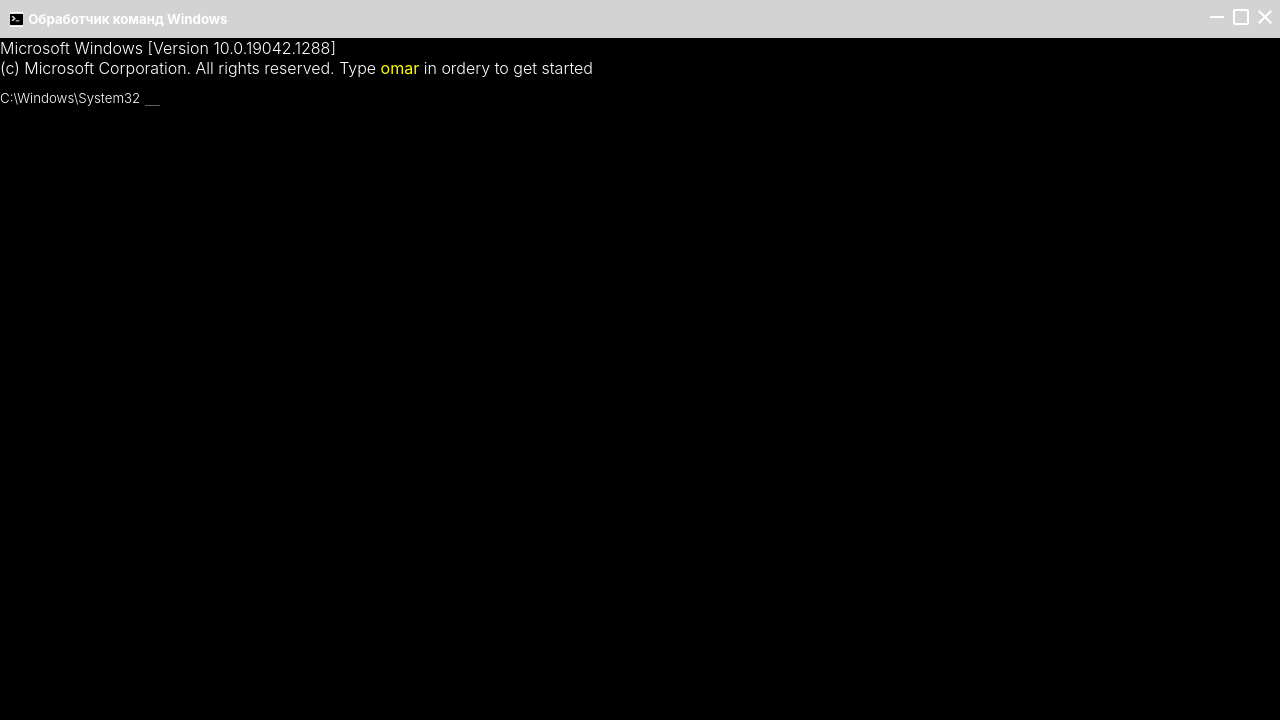
Repository: om1ars/cmd-port
Page: /
These files come from the project's save history. The page is drawn as it stood at one moment and after a run of saves; the edit follows.
The browser window is 1280 px wide. The pictures show the whole page.
The project was rebuilt for these pictures with package versions that can differ from the ones it lists, and the page was loaded fresh each time.

Above is the page before, as saved 2021-11-04 16:49:29.

### src/App.js
import { Close, CropSquare, Fastfood, Remove } from "@material-ui/icons";
import { useState } from "react";
import cmd from "./assets/cdm3.png";
import { Footer } from "./Footer";
import "./styles.css";

function App() {
  const [state, setState] = useState("");
  const [stateSecond, setStateSecond] = useState("");
  const [omar, setOmar] = useState("");
  const [please, setPlease] = useState("");
  const [port, setPort] = useState("");
  const [about, setAbout] = useState("");
  const [exit, setExit] = useState("");
  const [shrink, setShrink] = useState(false);
  const [closeIcon, setCloseIcon] = useState(false);

  console.log(state);

  const handleSubmit = (e) => {
    e.preventDefault();
    setState("");
  };

  const handleSubmitSecond = (e) => {
    e.preventDefault();
    setStateSecond("");
  };

  const handleClick = () => {
    if (state === "omar") {
      setOmar("omar");
      setPlease("");
    } else if (state === "") {
      setPlease("Please type something otherwise you can not see anything");
      setOmar("");
    }
  };
  const handleClickSecond = () => {
    if (stateSecond === "exit") {
      setExit("exited");
      setAbout("");
      setPort("");
    } else if (stateSecond === "port") {
      setPort("port");
      setAbout("");
      setExit("");
    } else if (stateSecond === "about") {
      setPort("about");
      setAbout("");
      setExit("");
    }
  };

  const handleShrink = () => {
    setShrink(!shrink);
  };

  const handleCloseIcon = () => {
    setCloseIcon(!closeIcon);
  };

  return (
    <>
    <div
      className={`App__container ${shrink && `shrink`} ${closeIcon && `close`}`}
    >
      <div className="App__navbar">
        <div className="left">
          <img src={cmd} />
          <h5>Обработчик команд Windows</h5>
        </div>
        <div className="right">
          <Remove />
          <CropSquare onClick={handleShrink} />
          <Close onClick={handleCloseIcon} />
        </div>
      </div>
      <div className="app__context">
        <p>
          Microsoft Windows [Version 10.0.19042.1288] <br /> (c) Microsoft
          Corporation. All rights reserved. Type <span> omar </span> in ordery
          to get started
        </p>
        <h5>
          C:\Windows\System32
          <form onSubmit={handleSubmit}>
            <input
              value={state}
              onChange={(e) => setState(e.target.value)}
              type="text"
              placeholder="__"
            />
            <button type="submit" onClick={handleClick}></button>
          </form>
        </h5>
        {please && <h1>{please}</h1>}
        {omar && (
          <div className="second__layer">
            <h1>My name is Omar and I am a Fullstack Developer</h1>
            <p>
              Type <span>port</span> to get my portfolio
            </p>
            <p>
              Type <span>about</span> to get about me
            </p>
            <p>
              Type <span>exit</span> to quit
            </p>
            <h5>
              C:\Windows\System32
              <form onSubmit={handleSubmitSecond}>
                <input
                  value={stateSecond}
                  onChange={(e) => setStateSecond(e.target.value)}
                  type="text"
                  placeholder="__"
                />
                <button type="submit" onClick={handleClickSecond}></button>
              </form>
            </h5>
          </div>
        )}
        {port && <p className="">{port}</p>}
        {about && <p className="">{about}</p>}
        {exit && <p className="">{exit}</p>}
      </div>
    </div>
    <Footer />
    </>
  );
}

export default App;

### src/Footer.js
import React from 'react'

export const Footer = () => {
    return (
        <div>

        </div>
    )
}

### src/styles.css
.App__container {
  background-color: black;
  min-height: 100vh;
  color: white;
  overflow-x: hidden;
  overflow-y: scroll;
}
.App__navbar {
  /* height: 25px; */
  width: 99%;
  padding-right: 25px;
  background-color: lightgray;
  padding-left: 10px;
  padding-top: 5px;
  display: flex;
  padding-bottom: 5px;
  align-items: center;
}
.App__navbar > h5 {
  color: black;
}
.left {
  display: flex;
  align-items: center;
}
.left > img {
  height: 15px;
  margin-right: 5px;
  object-fit: contain;
}

.app__context > p {
  font-weight: 300;
}
.app__context > h5 {
  margin-top: 12px;
  font-weight: 300;
  margin-right: 5px;
}

input {
  border: none;
  outline: none;
  width: 80%;
  background-color: black;
}
input {
  color: yellow;
  margin-left: 3px;
}
button {
  display: none;
}
.app__context > h5 {
  display: flex;
}
.app__context > p > span {
  color: yellow;
  font-weight: 400;
}
.App__navbar {
  display: flex;
  align-items: center;
  justify-content: space-between;
}
.please {
  color: yellow;
  font-weight: 400;
}

.second__layer {
  display: flex;
  flex-direction: column;
}
.second__layer > p > span {
  color: yellow;
  font-weight: 400;
  margin-bottom: 10px;
}

.second__layer > h5 {
  margin-top: 25px;
}
.shrink {
  width: 800px;
  min-height: 500px;
  margin: auto;
}
.close {
  display: none;
}

Loaded but not shown: public/index.html (common file); src/index.js (common file); src/index.css (common file)

After the next 2 saves:
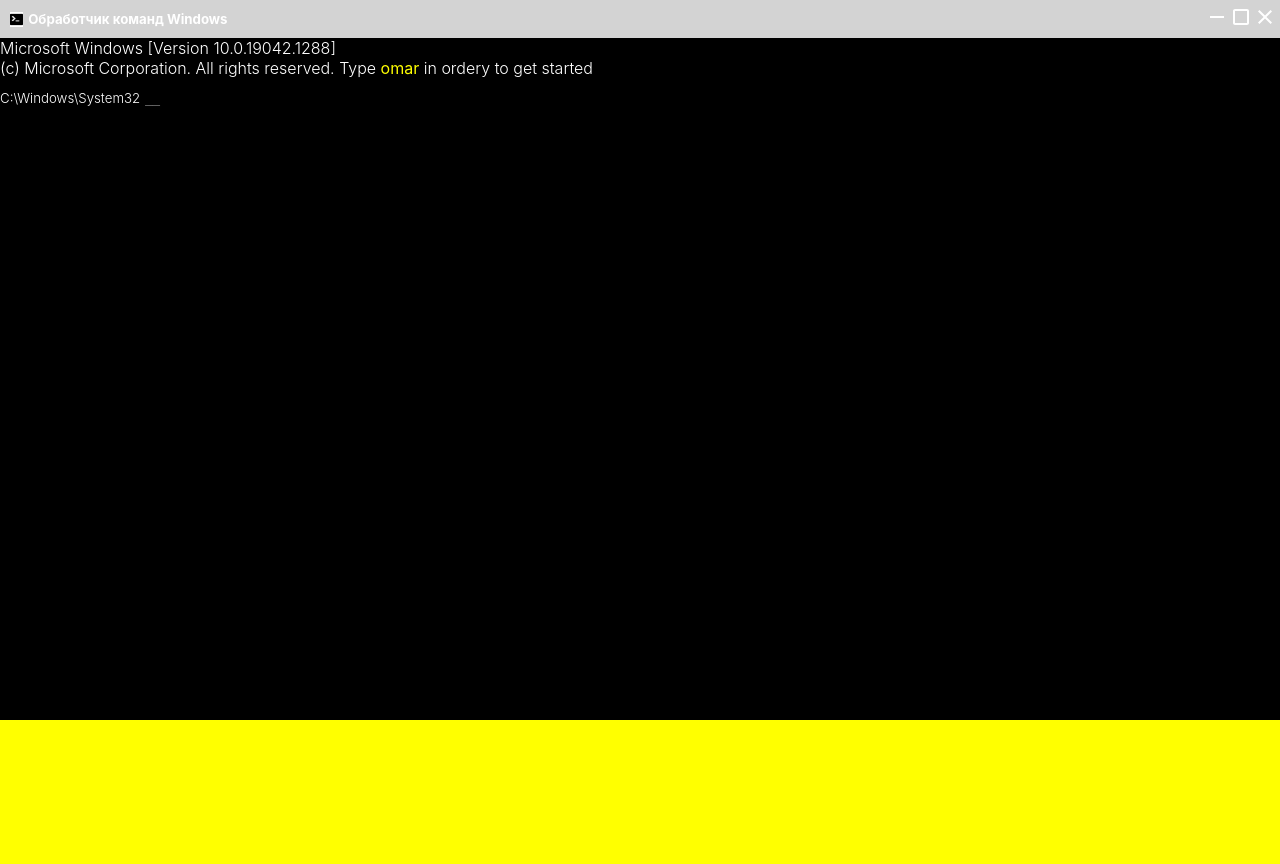
The 2 saves are shown as one change because 1 did not build or start.
The last was saved 22 s later.
--- a/src/Footer.js
+++ b/src/Footer.js
@@ -1,9 +1,9 @@
-import React from 'react'
+import React from "react";
 
 export const Footer = () => {
-    return (
-        <div>
-
-        </div>
-    )
-}
+  return (
+    <div
+      style={{ width: "100%", backgroundColor: "yellow", height: "20vh" }}
+    ></div>
+  );
+};
